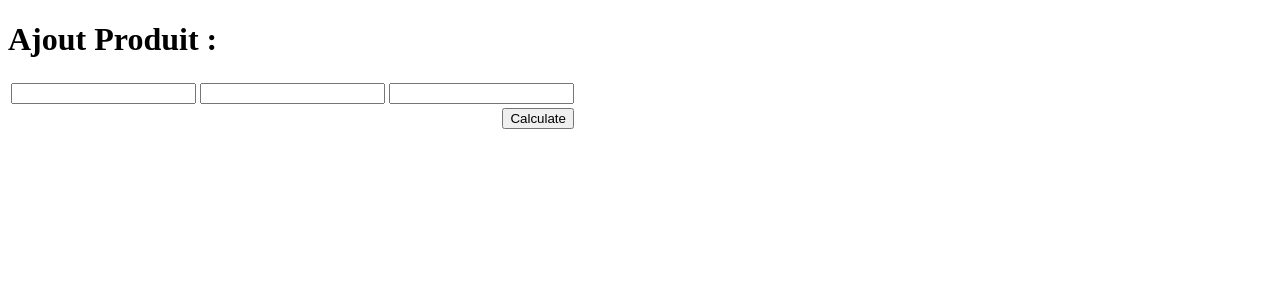
Repository: EBusinesss/Ebusiness
Page: http://localhost/EcomWEB/
These files come from the project's save history. The page is drawn as it stood at one moment and after the next save; the edit follows.
The browser window is 1280 px wide. The pictures show the whole page.
The page is served by Tomcat 9.

Above is the page before, as saved 2014-12-06 21:03:54.

### Workspace/EcomWEB/WebContent/index.jsp
<%@ page language="java" contentType="text/html; charset=ISO-8859-1"
    pageEncoding="ISO-8859-1"%>
<!DOCTYPE html PUBLIC "-//W3C//DTD HTML 4.01 Transitional//EN" "http://www.w3.org/TR/html4/loose.dtd">
<html>
<head>
<meta http-equiv="Content-Type" content="text/html; charset=ISO-8859-1">
<title>Insert title here</title>
</head>
<body>

		<table>
			<tr>
			<h1>Ajout Produit :</h1>
				<td><input type="text" name="operand1" width="5"></td>
				<td><input type="text" name="operator" width="1"></td>
				<td><input type="text" name="operand2" width="5"></td>
			</tr>
			<tr>
				<td align="right" colspan="3">
					<button name="submit" type="submit">Calculate</button>
				</td>
			</tr>
		</table>


</body>
</html>

After the next save:
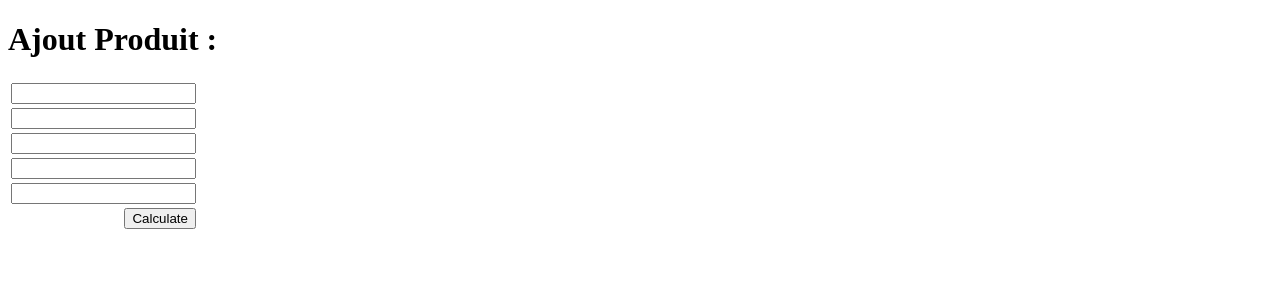
Saved 4 min 20 s later.
--- a/Workspace/EcomWEB/WebContent/index.jsp
+++ b/Workspace/EcomWEB/WebContent/index.jsp
@@ -9,12 +9,18 @@
 <body>
 
 		<table>
+		<h1>Ajout Produit :</h1>
 			<tr>
-			<h1>Ajout Produit :</h1>
-				<td><input type="text" name="operand1" width="5"></td>
-				<td><input type="text" name="operator" width="1"></td>
-				<td><input type="text" name="operand2" width="5"></td>
+				<td><input type="text" name="nomProduit" width="5"></td>
+
+
+
+
 			</tr>
+			<tr><td><input type="text" name="descProduit" width="1"></td></tr>
+			<tr><td><input type="text" name="imgProduit" width="5"></td></tr>
+			<tr><td><input type="text" name="prixProduit" width="5"></td></tr>
+			<tr><td><input type="text" name="quantiteProduit" width="5"></td></tr>
 			<tr>
 				<td align="right" colspan="3">
 					<button name="submit" type="submit">Calculate</button>
